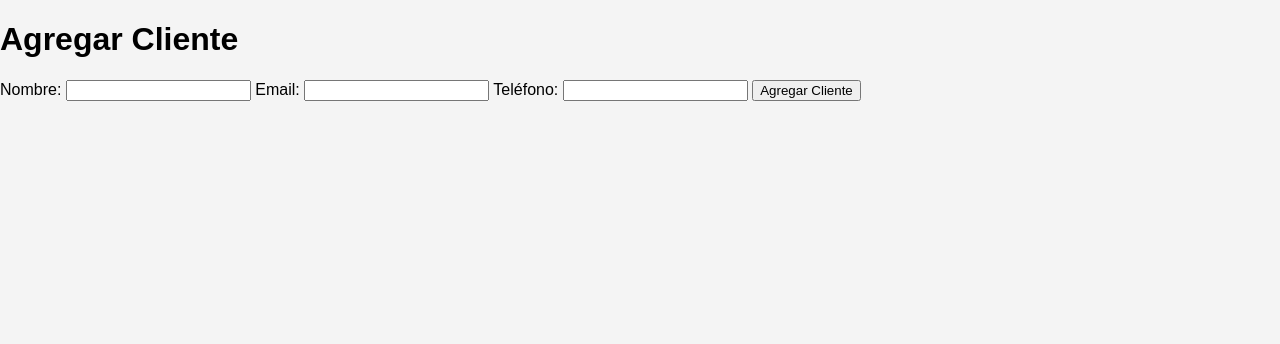
Repository: Connie75/Inventario
Page: http://localhost/views/add_client.php
An editor plug-in stored every save of this project. The page is shown before and after the next save, followed by the edit.
The browser window is 1280 px wide. The pictures show the whole page.
The page is run by PHP 8.4 with error messages shown; the project is at /var/www/html/.

Above is the page before, as saved 2024-07-31 19:47:53.

### views/add_client.php
<?php
session_start();
include("../includes/db.php");

if ($_SERVER["REQUEST_METHOD"] == "POST") {
    // Validar y sanitizar los datos recibidos del formulario
    $nombre = isset($_POST['nombre']) ? trim($_POST['nombre']) : '';
    $email = isset($_POST['email']) ? trim($_POST['email']) : '';
    $telefono = isset($_POST['telefono']) ? trim($_POST['telefono']) : '';

    if ($nombre && $email && $telefono) {
        // Preparar la consulta de inserción para el cliente
        $query = $conn->prepare("INSERT INTO clientes (nombre, email, telefono) VALUES (?, ?, ?)");
        $query->bind_param("sss", $nombre, $email, $telefono);

        if ($query->execute()) {
            // Redirigir al usuario a la lista de clientes
            header("Location: ../views/clients.php");
            exit();
        } else {
            $error = "Error al agregar el cliente: " . $query->error;
        }
    } else {
        $error = "Por favor, complete todos los campos obligatorios.";
    }
}
?>
<!DOCTYPE html>
<html lang="es">
<head>
    <meta charset="UTF-8">
    <meta name="viewport" content="width=device-width, initial-scale=1.0">
    <title>Agregar Cliente</title>
    <link rel="stylesheet" href="../css/styles.css">
</head>
<body>
    <h1>Agregar Cliente</h1>
    <?php if (isset($error)): ?>
        <div class="error"><?php echo $error; ?></div>
    <?php endif; ?>
    <form method="POST" action="add_client.php">
        <label for="nombre">Nombre:</label>
        <input type="text" name="nombre" id="nombre" required>
        <label for="email">Email:</label>
        <input type="email" name="email" id="email" required>
        <label for="telefono">Teléfono:</label>
        <input type="text" name="telefono" id="telefono" required>
        <button type="submit">Agregar Cliente</button>
    </form>
</body>
</html>

### includes/db.php
<?php
// db.php
$servername = "localhost";
$username = "root";
$password = "Azurro49.";
$dbname = "inventario";

// Crear conexión
$conn = new mysqli($servername, $username, $password, $dbname);

// Verificar conexión
if ($conn->connect_error) {
    die("Error en la conexión: " . $conn->connect_error);
}
?>

### CSS/Styles.css
/* css/style.css */
body {
    font-family: Arial, sans-serif;
    background-color: #f4f4f4;
    margin: 0;
    padding: 0;
}

header {
    background-color: #333;
    color: #fff;
    padding: 10px 0;
    text-align: center;
}

nav ul {
    list-style: none;
    padding: 0;
}

nav ul li {
    display: inline;
    margin-right: 10px;
}

nav ul li a {
    color: #fff;
    text-decoration: none;
}

main {
    padding: 20px;
}

table {
    width: 100%;
    border-collapse: collapse;
    margin-top: 20px;
}

table, th, td {
    border: 1px solid #ddd;
}

th, td {
    padding: 10px;
    text-align: left;
}

th {
    background-color: #333;
    color: #fff;
}

### includes/header.php
<!-- includes/header.php -->
<!DOCTYPE html>
<html lang="es">
<head>
    <meta charset="UTF-8">
    <meta name="viewport" content="width=device-width, initial-scale=1.0">
    <title>Oficina de Inventario</title>
    <link rel="stylesheet" href="../css/styles.css">
    <script src="../js/scripts.js" defer></script>
</head>
<body>
    <header>
        <h1>Oficina de Inventario</h1>
        <nav>
            <ul>
                <li><a href="../views/dashboard.php">Dashboard</a></li>
                <li><a href="../views/products.php">Productos</a></li>
                <li><a href="../views/sales.php">Ventas</a></li>
                <li><a href="../views/invoices.php">Facturas</a></li>
                <?php if (isset($_SESSION['rol']) && $_SESSION['rol'] == 'admin'): ?>
                    <li><a href="../views/users.php">Usuarios</a></li>
                <?php endif; ?>
                <li><a href="../actions/logout.php">Cerrar sesión</a></li>
            </ul>
        </nav>
    </header>
    <main>
    <?php if (isset($_SESSION['message'])): ?>
            <div class="message <?php echo $_SESSION['message_type']; ?>">
                <?php
                    echo $_SESSION['message'];
                    unset($_SESSION['message']);
                    unset($_SESSION['message_type']);
                ?>
            </div>
        <?php endif; ?>

### includes/footer.php
<!-- includes/footer.php -->
</main>
    <footer>
        <p>&copy; 2024 Oficina de Inventario. Todos los derechos reservados.</p>
    </footer>
</body>
</html>

### js/Scripts.js
// js/scripts.js

document.addEventListener('DOMContentLoaded', function () {
    // Validación de formularios
    var forms = document.querySelectorAll('form');

    forms.forEach(function (form) {
        form.addEventListener('submit', function (event) {
            var inputs = form.querySelectorAll('input[required], textarea[required], select[required]');
            var valid = true;

            inputs.forEach(function (input) {
                if (!input.value) {
                    input.style.borderColor = 'red';
                    valid = false;
                } else {
                    input.style.borderColor = 'initial';
                }
            });

            if (!valid) {
                event.preventDefault();
                alert('Por favor, rellena todos los campos obligatorios.');
            }
        });
    });

    // Actualización dinámica de cantidad de productos
    var cantidadInputs = document.querySelectorAll('input[name="cantidad"]');
    var precioInputs = document.querySelectorAll('input[name="precio"]');
    var totalDisplay = document.querySelector('#total');

    cantidadInputs.forEach(function (cantidadInput) {
        cantidadInput.addEventListener('input', actualizarTotal);
    });

    precioInputs.forEach(function (precioInput) {
        precioInput.addEventListener('input', actualizarTotal);
    });

    function actualizarTotal() {
        var cantidad = parseFloat(cantidadInputs[0].value) || 0;
        var precio = parseFloat(precioInputs[0].value) || 0;
        var total = cantidad * precio;

        if (totalDisplay) {
            totalDisplay.textContent = 'Total: $' + total.toFixed(2);
        }
    }

    // Mostrar/ocultar contraseña
    var togglePassword = document.querySelector('#togglePassword');
    var passwordInput = document.querySelector('input[name="password"]');

    if (togglePassword && passwordInput) {
        togglePassword.addEventListener('click', function () {
            var type = passwordInput.getAttribute('type') === 'password' ? 'text' : 'password';
            passwordInput.setAttribute('type', type);
            this.textContent = type === 'password' ? 'Mostrar' : 'Ocultar';
        });
    }
});

After the next save:
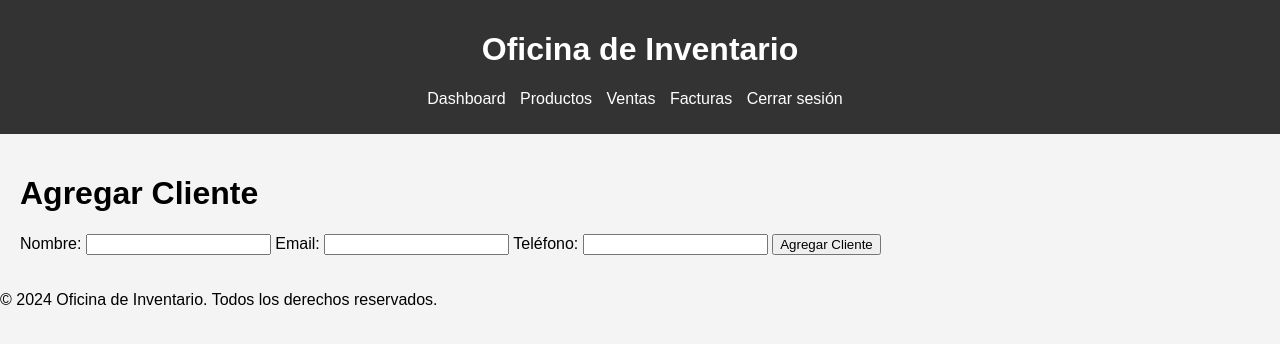
Saved 2 min 17 s later.
--- a/views/add_client.php
+++ b/views/add_client.php
@@ -1,29 +1,8 @@
 <?php
 session_start();
+include("../includes/header.php");
 include("../includes/db.php");
 
-if ($_SERVER["REQUEST_METHOD"] == "POST") {
-    // Validar y sanitizar los datos recibidos del formulario
-    $nombre = isset($_POST['nombre']) ? trim($_POST['nombre']) : '';
-    $email = isset($_POST['email']) ? trim($_POST['email']) : '';
-    $telefono = isset($_POST['telefono']) ? trim($_POST['telefono']) : '';
-
-    if ($nombre && $email && $telefono) {
-        // Preparar la consulta de inserción para el cliente
-        $query = $conn->prepare("INSERT INTO clientes (nombre, email, telefono) VALUES (?, ?, ?)");
-        $query->bind_param("sss", $nombre, $email, $telefono);
-
-        if ($query->execute()) {
-            // Redirigir al usuario a la lista de clientes
-            header("Location: ../views/clients.php");
-            exit();
-        } else {
-            $error = "Error al agregar el cliente: " . $query->error;
-        }
-    } else {
-        $error = "Por favor, complete todos los campos obligatorios.";
-    }
-}
 ?>
 <!DOCTYPE html>
 <html lang="es">
@@ -35,10 +14,7 @@ if ($_SERVER["REQUEST_METHOD"] == "POST") {
 </head>
 <body>
     <h1>Agregar Cliente</h1>
-    <?php if (isset($error)): ?>
-        <div class="error"><?php echo $error; ?></div>
-    <?php endif; ?>
-    <form method="POST" action="add_client.php">
+    <form method="POST" action="../actions/add_client.php">
         <label for="nombre">Nombre:</label>
         <input type="text" name="nombre" id="nombre" required>
         <label for="email">Email:</label>
@@ -49,3 +25,6 @@ if ($_SERVER["REQUEST_METHOD"] == "POST") {
     </form>
 </body>
 </html>
+<?php
+include("../includes/footer.php");
+?>
